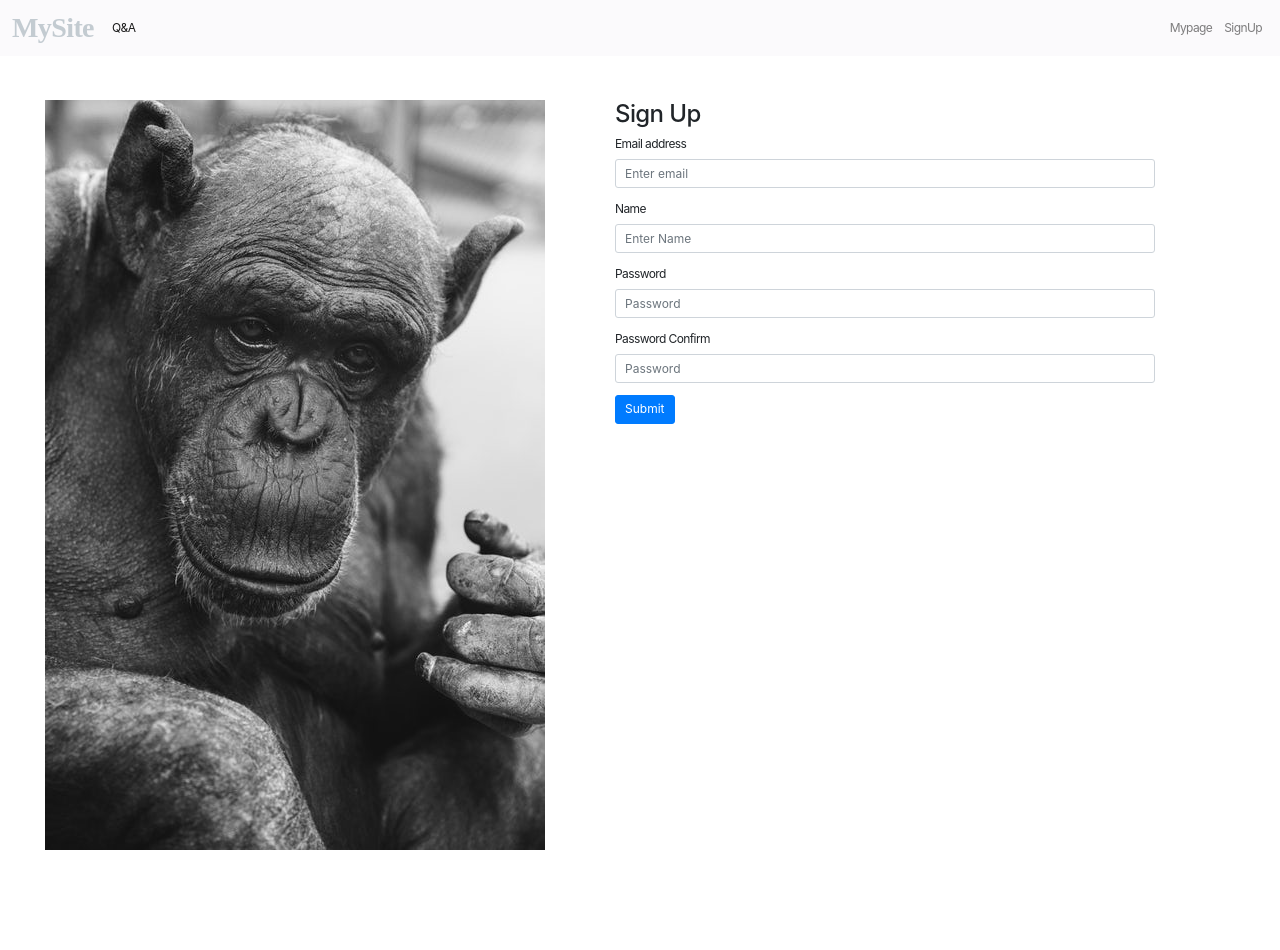
Repository: JungSWon/Project
Page: http://localhost/signup
The author's editor kept a record of every edit. The page is drawn from the files as they stood at one moment, then again after the next edit.
The browser window is 1280 px wide. The pictures show the whole page.
Some web fonts or font styles are not loaded; a fallback is used. The page is served by the project's application, run on Django 2.2 (pj05/manage.py). Other server files are loaded and not shown.

Above is the page before.

### 05_detail/pj05/detail/views.py
from django.shortcuts import render

# Create your views here.
def index(request):
    return render(request,'index.html')

def qna(request):
    return render(request,'qna.html')


def mypage(request):
    return render(request,'mypage.html')


def signup(request):
    return render(request,'signup.html')

def notfound(request,noturl):
    return render(request,'notfound.html',{'noturl':noturl})

### 05_detail/pj05/detail/templates/signup.html
{% extends 'base.html' %}

{% block title %}
프로젝트공오다시디테일 - Sign Up
{% endblock %}


{% block body %}
<div class="page-body container">
    <!-- style='margin-top: 100px;'-->
    <div class="row">
        <div class="image col-6">
            <img src="../static/assets/signup.jpg" alt="">
        </div>
        <div class="submit_form col-6">
            <h2>Sign Up</h2>
            <form>
                <div class="form-group">
                     <label for="exampleInputEmail1">Email address</label>
                     <input type="email" class="form-control" id="exampleInputEmail1" aria-describedby="emailHelp" placeholder="Enter email">
                </div>
                <div class="form-group">
                    <label for="exampleInputEmail1">Name</label>
                    <input type="email" class="form-control" id="exampleInputEmail1" aria-describedby="emailHelp" placeholder="Enter Name">
                </div>
                <div class="form-group">
                    <label for="exampleInputPassword1">Password</label>
                    <input type="password" class="form-control" id="exampleInputPassword1" placeholder="Password">
                </div>
                <div class="form-group">
                    <label for="exampleInputPassword1">Password Confirm</label>
                    <input type="password" class="form-control" id="exampleInputPassword1" placeholder="Password">
                </div>
                <button type="submit" class="btn btn-primary">Submit</button>
            </form>
        </div>
    </div>
</div>
{% endblock %}

### 05_detail/pj05/detail/templates/base.html
{% load static %}
<!DOCTYPE html>
<html lang="ko">
    <head>
        <meta charset="UTF-8">
        <meta name="viewport" content="width=device-width, initial-scale=1.0">
        <meta http-equiv="X-UA-Compatible" content="ie=edge">
        <link rel="stylesheet" href="https://stackpath.bootstrapcdn.com/bootstrap/4.3.1/css/bootstrap.min.css" integrity="sha384-ggOyR0iXCbMQv3Xipma34MD+dH/1fQ784/j6cY/iJTQUOhcWr7x9JvoRxT2MZw1T" crossorigin="anonymous">
        <link rel='stylesheet' href="{% static 'css/style.css' %}">
        <!--/pj05/detail/static/css/style.css-->
        <link href="https://fonts.googleapis.com/css?family=Baloo+Thambi|Noto+Sans+KR:400,700,900|Work+Sans:400,700,900" rel="stylesheet">
        <!--<link rel ='icon' type='image/png' sizes="96x96" href="{% static 'assets/icons8-finn-96.png' %}">-->
        <title>{% block title %}{% endblock %}</title>
    </head>

<body>
        <nav class="navbar col-12 navbar-expand-sm navbar-light bg-fad sticky-top">
        <a class="navbar-brand" href="#"> MySite </a>
        <button class="navbar-toggler" type="button" data-toggle="collapse" data-target="#navbarNav" aria-controls="navbarNav" aria-expanded="false" aria-label="Toggle navigation">
            <span class="navbar-toggler-icon"></span>
        </button>
        <div class="navbar-nav">
            <li class="nav-item active" id="navbarNav">
                <a class="nav-link" href="/qna">Q&A <span class="sr-only">(current)</span></a>
            </li>
        </div>
        <div class="collapse navbar-collapse" id="navbarNav">
            <ul class="navbar-nav">
                <li class="nav-item">
                    <a class="nav-link" href="/mypage">Mypage</a>
                </li>
                <li class="nav-item">
                    <a class="nav-link" href="/signup">SignUp</a>
                </li>
            </ul>
        </div>
        </nav>

        <script src="https://code.jquery.com/jquery-3.3.1.slim.min.js" integrity="sha384-q8i/X+965DzO0rT7abK41JStQIAqVgRVzpbzo5smXKp4YfRvH+8abtTE1Pi6jizo" crossorigin="anonymous"></script>
        <script src="https://cdnjs.cloudflare.com/ajax/libs/popper.js/1.14.7/umd/popper.min.js" integrity="sha384-UO2eT0CpHqdSJQ6hJty5KVphtPhzWj9WO1clHTMGa3JDZwrnQq4sF86dIHNDz0W1" crossorigin="anonymous"></script>
        <script src="https://stackpath.bootstrapcdn.com/bootstrap/4.3.1/js/bootstrap.min.js" integrity="sha384-JjSmVgyd0p3pXB1rRibZUAYoIIy6OrQ6VrjIEaFf/nJGzIxFDsf4x0xIM+B07jRM" crossorigin="anonymous"></script>
    {% block body %}
    {% endblock %}
</body>
</html>

### 05_detail/pj05/pj05_detail/urls.py
"""pj05_detail URL Configuration

The `urlpatterns` list routes URLs to views. For more information please see:
    https://docs.djangoproject.com/en/2.1/topics/http/urls/
Examples:
Function views
    1. Add an import:  from my_app import views
    2. Add a URL to urlpatterns:  path('', views.home, name='home')
Class-based views
    1. Add an import:  from other_app.views import Home
    2. Add a URL to urlpatterns:  path('', Home.as_view(), name='home')
Including another URLconf
    1. Import the include() function: from django.urls import include, path
    2. Add a URL to urlpatterns:  path('blog/', include('blog.urls'))
"""
from django.contrib import admin
from django.urls import path
from detail import views

urlpatterns = [
    path('admin/', admin.site.urls),
    path('', views.index),
    path('mypage', views.mypage),
    path('notfound', views.notfound),
    path('qna', views.qna),
    path('signup', views.signup),
]

### 05_detail/pj05/detail/static/css/style.css
html{
    font-size: 12px;
    font-family: 'Work Sans', sans-serif;
    font-family: 'Noto Sans KR', sans-serif;
    letter-spacing: -0.05em;
}


.navbar {
    padding-top: 10px;
    padding-bottom: 10px;
    background-color: rgba(210, 208, 222, 0.1);
    position: absolute;
}



    /* 아이템 좌측이동 */
.collapse.navbar-collapse {
    justify-content: flex-end;
}

#navbarNav {
    color: #c3cbd1;
}


    /* 네브바 좌측 대표이름, 로고 */
.navbar-light .navbar-brand {
    font-family: 'Baloo Thambi', cursive;
    font-size: 28px;
    line-height: 1;
    font-weight: 700;
    color: #c3cbd1;
}




/*index*/


#cover{
    display: flex;
    justify-content: flex-start;
    align-items: center;
    height: 350px;
    background-size: cover;
    background-position: center center;
    color: floralwhite;
    background-image: url('/static/assets/cover.jpg');
}

.cover-title{
    font-size: 60px;
    line-height: 1.15;
    font-weight: 700;
    margin-bottom: 20px;
    display: flex;
    justify-content: center;
}




#footer{
    padding: 0 1rem 0 3rem;
    height: 50px;
    background-color: #607485;
    color: #121312;
    display: flex;
    align-items: flex-end;
}


.footer-copy{
    letter-spacing: -0.04;
    display: flex;
    align-items: flex-end;
    font-size: 20px;
}



a.top{
    line-height: 2rem;
    margin-bottom: 10px;
}

a.top img{
    width: 30px;
    height: 30px;
    position: relative;
}



.page-body{
    margin: 100px 30px;
}


/*signup*/
.signup-t{
    margin:30px 0;
}





/*Q&A*/
.qnatitle{
    margin:30px 0;
    display: flex;
    justify-content: center;
}





/*mypage*/

.mypage-body{
    margin: 100px 200px;
}

.image-cropper {
    width: 184px;
    height: 184px;
    position: relative;
    overflow: hidden;
    border-radius: 50%;
    margin-left: 5px;
}

.card-img-top round {
    margin: auto 0;
    height: auto;
    width: 100%;
}


/*notfound*/

#notfound-cover{
    background-color: #FBE725;
    color: #181818;

}

After the next edit:
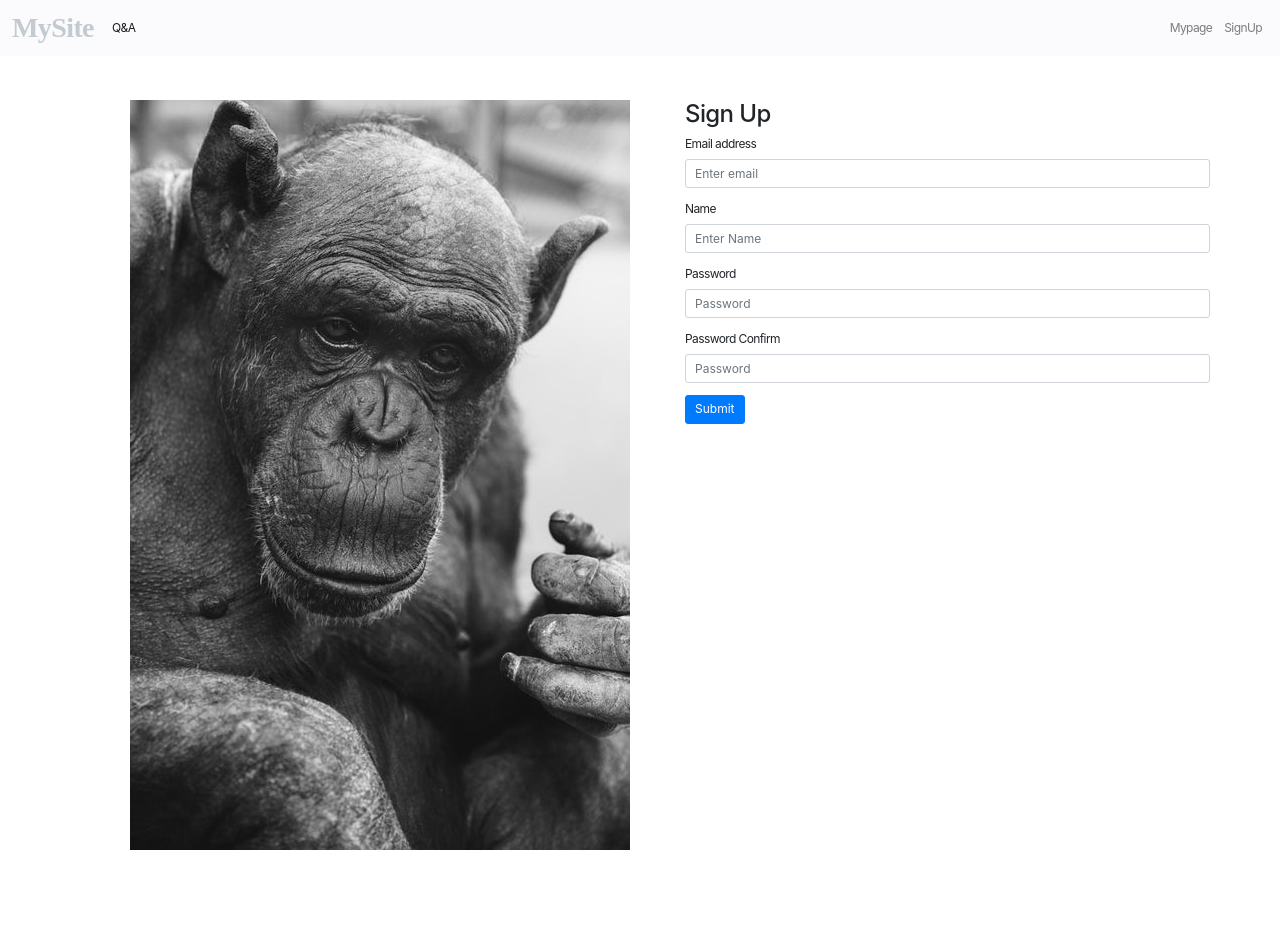
The edit:
--- a/05_detail/pj05/detail/templates/signup.html
+++ b/05_detail/pj05/detail/templates/signup.html
@@ -6,33 +6,35 @@
 
 
 {% block body %}
-<div class="page-body container">
-    <!-- style='margin-top: 100px;'-->
-    <div class="row">
-        <div class="image col-6">
-            <img src="../static/assets/signup.jpg" alt="">
-        </div>
-        <div class="submit_form col-6">
-            <h2>Sign Up</h2>
-            <form>
-                <div class="form-group">
-                     <label for="exampleInputEmail1">Email address</label>
-                     <input type="email" class="form-control" id="exampleInputEmail1" aria-describedby="emailHelp" placeholder="Enter email">
-                </div>
-                <div class="form-group">
-                    <label for="exampleInputEmail1">Name</label>
-                    <input type="email" class="form-control" id="exampleInputEmail1" aria-describedby="emailHelp" placeholder="Enter Name">
-                </div>
-                <div class="form-group">
-                    <label for="exampleInputPassword1">Password</label>
-                    <input type="password" class="form-control" id="exampleInputPassword1" placeholder="Password">
-                </div>
-                <div class="form-group">
-                    <label for="exampleInputPassword1">Password Confirm</label>
-                    <input type="password" class="form-control" id="exampleInputPassword1" placeholder="Password">
-                </div>
-                <button type="submit" class="btn btn-primary">Submit</button>
-            </form>
+<div class='container'>
+    <div class="page-body container">
+        <!-- style='margin-top: 100px;'-->
+        <div class="row">
+            <div class="image col-6">
+                <img src="../static/assets/signup.jpg" alt="">
+            </div>
+            <div class="submit_form col-6">
+                <h2>Sign Up</h2>
+                <form>
+                    <div class="form-group">
+                         <label for="exampleInputEmail1">Email address</label>
+                         <input type="email" class="form-control" id="exampleInputEmail1" aria-describedby="emailHelp" placeholder="Enter email">
+                    </div>
+                    <div class="form-group">
+                        <label for="exampleInputEmail1">Name</label>
+                        <input type="email" class="form-control" id="exampleInputEmail1" aria-describedby="emailHelp" placeholder="Enter Name">
+                    </div>
+                    <div class="form-group">
+                        <label for="exampleInputPassword1">Password</label>
+                        <input type="password" class="form-control" id="exampleInputPassword1" placeholder="Password">
+                    </div>
+                    <div class="form-group">
+                        <label for="exampleInputPassword1">Password Confirm</label>
+                        <input type="password" class="form-control" id="exampleInputPassword1" placeholder="Password">
+                    </div>
+                    <button type="submit" class="btn btn-primary">Submit</button>
+                </form>
+            </div>
         </div>
     </div>
 </div>
